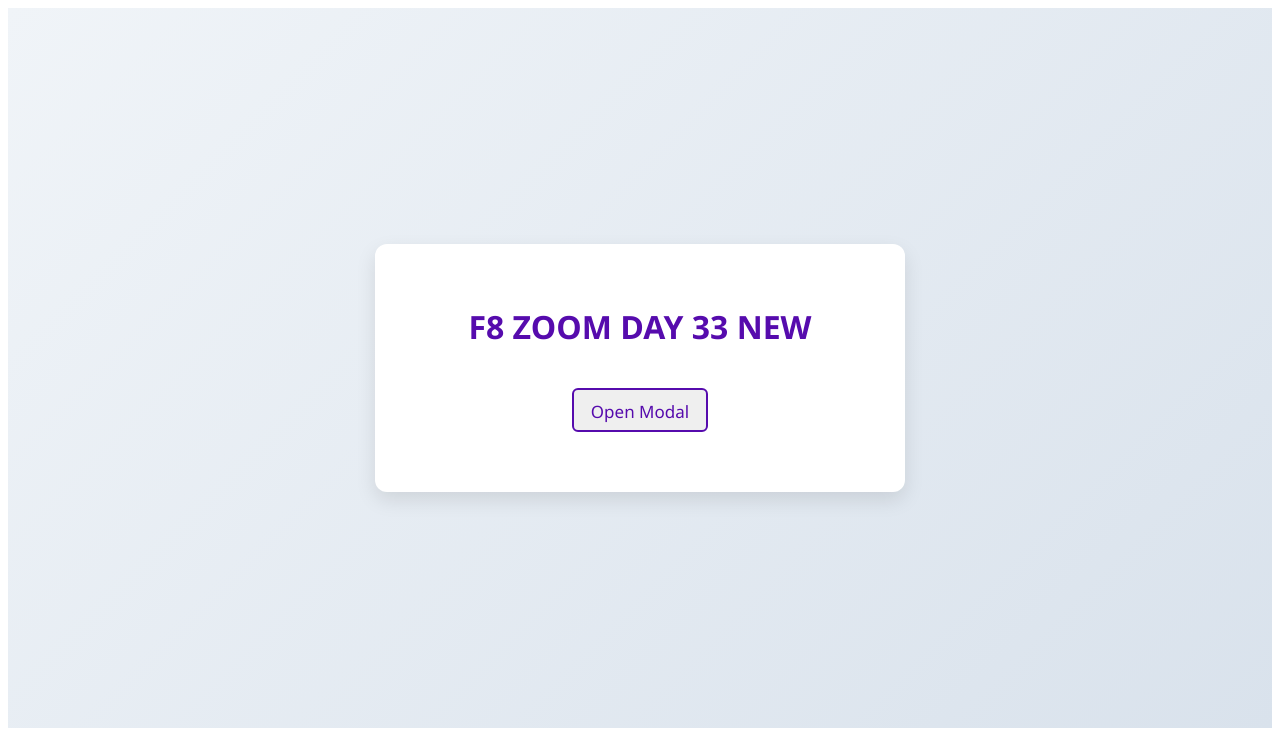
Repository: lannguyen1301/f8-zoom-day-33-new
Page: index.html
The author's editor kept a copy of each file at every save. The page is drawn from the files as they stood at one save, then again after the next save.
The browser window is 1280 px wide. The pictures show the whole page.

Above is the page before, as saved 2025-08-08 21:55:19.

### index.html
<!DOCTYPE html>
<html lang="en">

<head>
    <meta charset="UTF-8">
    <meta name="viewport" content="width=device-width, initial-scale=1.0">
    <title>F8 ZOOM DAY 33 NEW</title>
    <link rel="stylesheet" href="./assets/css/style.css">

</head>

<body>
    <div class="main">
        <div class="card">
            <h1 class="title">F8 ZOOM DAY 33 NEW</h1>
            <button id="open-modal">Open Modal</button>
        </div>
    </div>

    <!-- App Modal -->
    <app-modal>
    </app-modal>


    <script type="module" src="./main.js"></script>
</body>

</html>

### assets/css/style.css
.main {
    margin: 0;
    height: 100vh;
    display: flex;
    justify-content: center;
    align-items: center;
    background: linear-gradient(135deg, #f0f4f8, #d9e2ec);
    font-family: "Segoe UI", sans-serif;
}

.card {
    background: white;
    padding: 40px;
    border-radius: 12px;
    box-shadow: 0 8px 20px rgba(0, 0, 0, 0.1);
    text-align: center;
    min-width: 450px;
}

.card h1 {
    margin-bottom: 20px;
    color: #560bad;
}

/* From Uiverse.io by cssbuttons-io */
button {
    --color: #560bad;
    font-family: inherit;
    display: inline-block;
    width: 8em;
    height: 2.6em;
    line-height: 2.5em;
    margin: 20px;
    position: relative;
    cursor: pointer;
    overflow: hidden;
    border: 2px solid var(--color);
    transition: color 0.5s;
    z-index: 0;
    font-size: 17px;
    border-radius: 6px;
    font-weight: 500;
    color: var(--color);
}
button:before {
    content: "";
    position: absolute;
    z-index: -1;
    background: var(--color);
    height: 150px;
    width: 200px;
    border-radius: 50%;
}

button:hover {
    color: #fff;
}

button:before {
    top: 100%;
    left: 100%;
    transition: all 0.7s;
}

button:hover:before {
    top: -30px;
    left: -30px;
}

button:active:before {
    background: #3a0ca3;
    transition: background 0s;
}

span {
    display: block;
    width: 50px;
    height: 50px;
    border-radius: 50%;
    background: #f0f0f0;
    text-align: center;
    color: #560bad;
    font-size: 2rem;
    margin-left: auto;
    margin-right: 0;
    border: 1px solid #560bad;
}

### main.js
import "./Components/app-modal.js";

// Open Modal

// Lấy nút mở modal từ DOM để gắn sự kiện click.
const openModalBtn = document.querySelector("#open-modal");

// Truy cập trực tiếp vào custom element <app-modal>
// để gọi các phương thức như .open() và .close().
const appModal = document.querySelector("app-modal");
console.log(appModal); //Debug: kiểm tra xem phần tử đã được lấy đúng chưa.

// Lắng nghe sự kiện close do modal phát ra (có thể từ nút Cancel, nút X, hoặc phím Escape).
appModal.addEventListener("close", () => {
    // code...
    // alert("Da dong");
    appModal.close();
    // Gọi appModal.close() để thực hiện đóng modal
});

// bấm nút “Open Modal”, gọi appModal.open() để hiển thị modal.
openModalBtn.addEventListener("click", () => {
    appModal.open();
});

### Components/app-modal.js
class AppModal extends HTMLElement {
    constructor() {
        super();
        this.attachShadow({ mode: "open" });
    }

    open() {
        const template = document.createElement("template");

        // cach 1
        template.setAttribute("id", "app-modal-tpl");

        /**
         * cach 2
          template.id = "app-modal-tpl";
         */
        //

        template.innerHTML = `

        <!-- Thêm CSS Internals -->
        <style>
            * {
                padding: 0;
                margin: 0;
                box-sizing: border-box;
            }

            :host {
                --app-modal-heading-color: #560bad;
                --app-modal-padding: 60px
                    /* màu mặc định đang là màu đỏ */
            }

            .main {
            margin: 0;
            height: 100vh;
            display: flex;
            justify-content: center;
            align-items: center;
            background: linear-gradient(135deg, #f0f4f8, #d9e2ec);
            font-family: "Segoe UI", sans-serif;
            }

            .card {
                background: white;
                padding: 40px;
                border-radius: 12px;
                box-shadow: 0 8px 20px rgba(0, 0, 0, 0.1);
                text-align: center;
                min-width: 450px;
            }

            .card h1 {
                margin-bottom: 20px;
                color: #560bad;
            }

            /* From Uiverse.io by cssbuttons-io */
            button {
                --color: #560bad;
                font-family: inherit;
                display: inline-block;
                width: 8em;
                height: 2.6em;
                line-height: 2.5em;
                margin: 20px;
                position: relative;
                cursor: pointer;
                overflow: hidden;
                border: 2px solid var(--color);
                transition: color 0.5s;
                z-index: 0;
                font-size: 17px;
                border-radius: 6px;
                font-weight: 500;
                color: var(--color);
            }
            button:before {
                content: "";
                position: absolute;
                z-index: -1;
                background: var(--color);
                height: 150px;
                width: 200px;
                border-radius: 50%;
            }

            button:hover {
                color: #fff;
            }

            button:before {
                top: 100%;
                left: 100%;
                transition: all 0.7s;
            }

            button:hover:before {
                top: -30px;
                left: -30px;
            }

            button:active:before {
                background: #3a0ca3;
                transition: background 0s;
            }

            .modal {
                position: fixed;
                inset: 0;
                display: flex;
                align-items: center;
                justify-content: center;
                flex-direction: column;
                transform: scale(0.5);
                pointer-events: none;
                opacity: 0.2;
                transition:  opacity 0.5s ease, transform 0.5s ease;
            }

            .modal.show {
                opacity: 1;
                transform: scale(1);
                pointer-events: auto;

            }

            .modal.hidden {
                opacity: 0.2;
                transform: scale(0.5);
                pointer-events: none;
                transition: opacity 0.5s ease, transform 0.5s ease;
            }

            .inner {
                max-width: 600px;
                padding: var(--app-modal-padding, 20px);
                background: #fff;
                position: relative;
                max-height: 450px;
                border-radius: 10px;
                overflow: auto;
                /*box-shadow: 0 0 10px red;*/
            }

            .inner::-webkit-scrollbar {
                border-radius: 10px;
                width: 10px
            }

            .inner::-webkit-scrollbar-thumb {
                border-radius: 10px;
                background: #777;
                width: 10px
            }


            .header {
                margin-bottom: 20px;
            }

            .content {
                margin-bottom: 20px;
                line-height: 1.5rem
            }

            .heading {
                color: var(--app-modal-heading-color, red);
            }

            .header, .content, .footer {
                background: #e1e1e1;
                padding: 20px;
                border-radius: 10px;
                border: 1px solid #a9a9a9;
            }

            .modal span.sp-close {
                display: block;
                width: 40px;
                height: 40px;
                border-radius: 50%;
                background: #f0f0f0;
                text-align: center;
                color: #560bad;
                font-size: 1.5rem;
                border: 1px solid #560bad;
                position: absolute;
                top: 12px;
                left: auto;
                right: 20px;
                transition: background 0.5s ease;
            }

            .modal span.sp-close:hover {
                cursor: pointer;
                background: #560bad;
                color: #fff;
                border: 2px solid orange;
            }


            .modal .footer {
            }

        </style>
        <div class="modal">
            <div class="inner">
                <div class="header" slot="header">
                    <div class="circle"></div>
                    <span id="sp-close" class="sp-close">x</span>
                    <h2 class="heading" id="heading">F8 ZOOM DAY 33 Components</h2>
                </div>
                <div class="content" slot="content">
                    <h2 class="heading">
                        1. JavaScript không chỉ là ngôn ngữ, nó là tư duy
                    </h2>
                    <p>
                        JavaScript dạy bạn cách suy nghĩ linh hoạt. Một biến có thể là số, chuỗi, hoặc một hàm — và điều đó
                        không
                        phải là
                        lỗi, mà là sức mạnh. Khi bạn hiểu được cách JS xử lý bất đồng bộ, closure, và hoisting, bạn không
                        chỉ học
                        ngôn ngữ,
                        bạn đang học cách nhìn thế giới dưới góc độ logic và phản xạ.
                    </p>

                    <h2 class="heading">
                        2. Bất đồng bộ không phải là trở ngại, mà là nghệ thuật
                    </h2>
                    <p>
                        Trong JavaScript, mọi thứ đều có thể xảy ra “sau một chút”. setTimeout, Promise, async/await — chúng
                        không
                        làm bạn
                        chậm lại, chúng giúp bạn kiểm soát thời gian. Khi bạn hiểu được vòng lặp sự kiện (event loop), bạn
                        không còn
                        sợ
                        callback hell, mà bạn thấy được vẻ đẹp của việc điều phối luồng dữ liệu như một nhạc trưởng.
                    </p>

                    <h2 class="heading">
                        3. Code đẹp không phải là code chạy được — mà là code dễ hiểu
                    </h2>
                    <p>
                        Một đoạn code JavaScript chạy đúng là điều cần thiết. Nhưng một đoạn code mà người khác đọc vào hiểu
                        ngay,
                        sửa được,
                        mở rộng được — đó mới là đẳng cấp. Hãy viết code như thể bạn đang viết cho chính mình 6 tháng sau,
                        khi bạn
                        đã quên
                        hết mọi thứ. Đó là lúc bạn biết mình đã viết tốt.
                    </p>

                    <h2 class="heading">
                        4. Những câu châm ngôn dân lập trình JavaScript hay dùng:
                    </h2>
                    <p>
                        “If it works, don’t touch it.” → Câu kinh điển. Code đang chạy ngon lành thì đừng “tò mò” sửa, kẻo
                        lại mở
                        hộp
                        Pandora.
                    </p>
                    <p>
                        “Never refactor on a Friday.” → Đừng bao giờ sửa code vào cuối tuần. Bạn không muốn dành cả thứ Bảy
                        để
                        rollback đâu.
                    </p>
                    <p>
                        “Code không bug là code chưa chạy đủ lâu.” → Một cách nói vui rằng bug là điều tất yếu, chỉ là chưa
                        xuất
                        hiện thôi.
                    </p>
                    <p>
                        “JavaScript: Where false == true is almost true.” → Một cú troll nhẹ về sự kỳ quặc của coercion
                        trong JS.
                    </p>
                    <p>
                        “Đừng cố thông minh hơn trình duyệt.” → Trình duyệt đã xử lý rất nhiều thứ phức tạp. Đừng viết code
                        kiểu
                        “hacky” để
                        vượt mặt nó.
                    </p>
                </div>
                <div class="footer" slot="footer">
                    <button id="close-btn">Cancel</button>
                    <button>Confirm</button>
                </div>
            </div>
        </div>
        `;

        const templateContent = template.content.cloneNode(true);
        // template.content: truy câp vào nội dung bên trong thẻ template, tạo bản copy toàn bộ nội dung bên trong thẻ template.

        this.shadowRoot.appendChild(templateContent);
        // Gắn nội dung đã clone vào shadowRoot của component.

        const modal = this.shadowRoot.querySelector(".modal");
        const closeBtn = this.shadowRoot.querySelector(".sp-close"); // dau X de dong modal
        if (!closeBtn) console.warn("Không tìm thấy nút đóng (X)");

        const cancelBtn = this.shadowRoot.querySelector("#close-btn"); // button cancel
        if (!cancelBtn) console.warn("Không tìm thấy nút Cancel");

        // Hiển thị modal
        requestAnimationFrame(() => {
            modal.classList.add("show");
            // requestAnimationFrame là hàm có sẵn trong js tạo chuyển động mượt mà
            // requestAnimationFrame: Đảm bảo class .show được thêm sau khi DOM render xong
        });

        // Đóng modal khi bấm nút X
        closeBtn.addEventListener("click", () => this.close());

        // Đóng modal khi bấm nút Cancel
        cancelBtn.addEventListener("click", () => this.close());

        // cách 2
        // cancelBtn.onclick = () => {
        //     this.close(); // this = appModal
        // };
        // console.log(cancelBtn);

        // đóng modal khi dùng phím esc
        const escHandler = (e) => {
            if (e.key === "Escape") this.close();
        };

        document.addEventListener("keydown", escHandler);

        // Đóng khi click ra ngoài
        modal.addEventListener("click", (e) => {
            if (e.target === modal) this.close();
        });

        // Lưu lại để cleanup khi đóng
        this._escHandler = escHandler;

        console.log(templateContent); // debug
    }

    close() {
        // tìm phần tử modal trong shadow DOM thông qua truy vấn class modal
        const modal = this.shadowRoot.querySelector(".modal");

        // Nếu không tìm thấy modal thì thoát luôn
        if (!modal) {
            console.warn("Không tìm thấy modal để đóng.");
            return;
        }

        // gỡ class show khỏi modal
        modal.classList.remove("show");

        // add css transition khi gỡ class show
        // Hiển thị modal
        // modal.classList.add("hidden");

        requestAnimationFrame(() => {
            modal.classList.add("hidden");
            // requestAnimationFrame là hàm có sẵn trong js tạo chuyển động mượt mà
            // requestAnimationFrame: Đảm bảo class .show được thêm sau khi DOM render xong
        });

        modal.addEventListener(
            // sau khi thực hiện hết các transition thì mới đóng
            "transitionend",
            () => {
                this.shadowRoot.innerHTML = "";
            },
            { once: true }

            // transitionend: Lắng nghe khi hiệu ứng kết thúc để xoá modal khỏi DOM
        );

        // Sau khi transition xong thì xoá modal khỏi DOM
        // requestAnimationFrame(() => {
        //     // Cleanup sự kiện
        //     document.removeEventListener("keydown", this._escHandler);
        //     // escHandler	Lưu lại hàm xử lý Escape để có thể xoá khi đóng
        // });
    }
}

// Call Function
customElements.define("app-modal", AppModal);

After the next save:
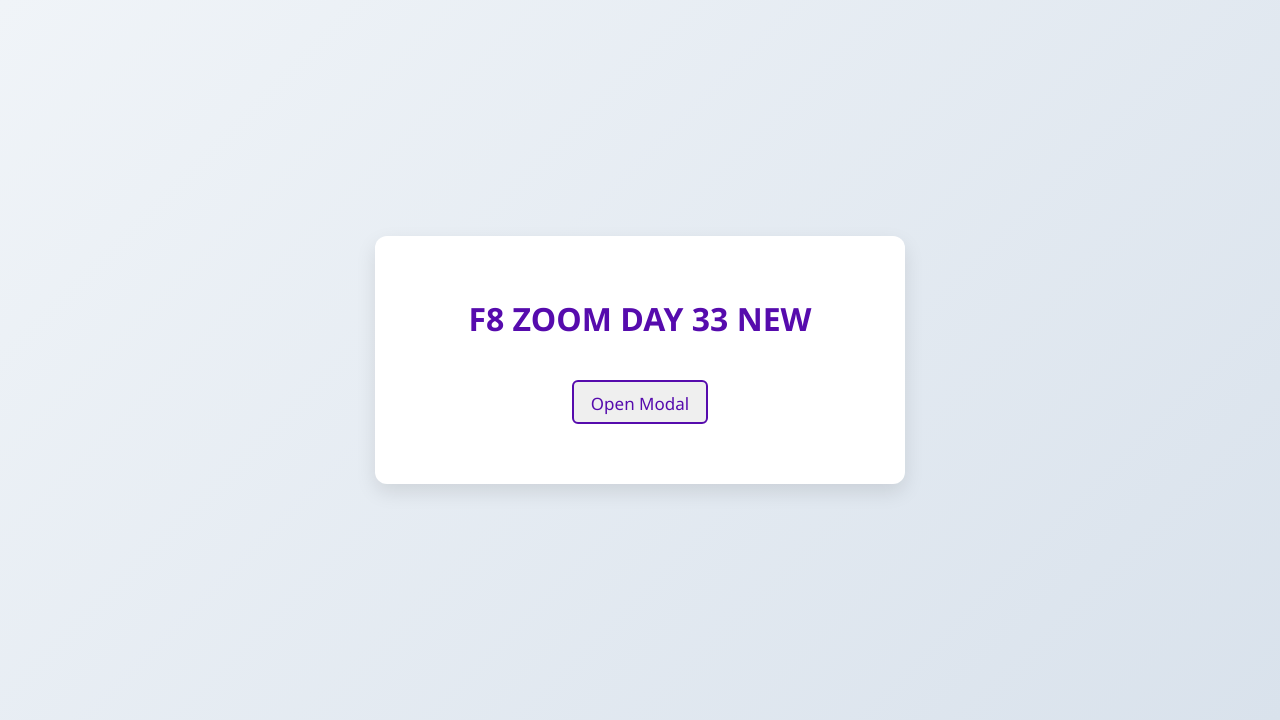
Saved 43 s later.
--- a/assets/css/style.css
+++ b/assets/css/style.css
@@ -1,6 +1,8 @@
 .main {
     margin: 0;
-    height: 100vh;
+    position: fixed;
+    inset: 0;
+    /* height: 100vh; */
     display: flex;
     justify-content: center;
     align-items: center;
